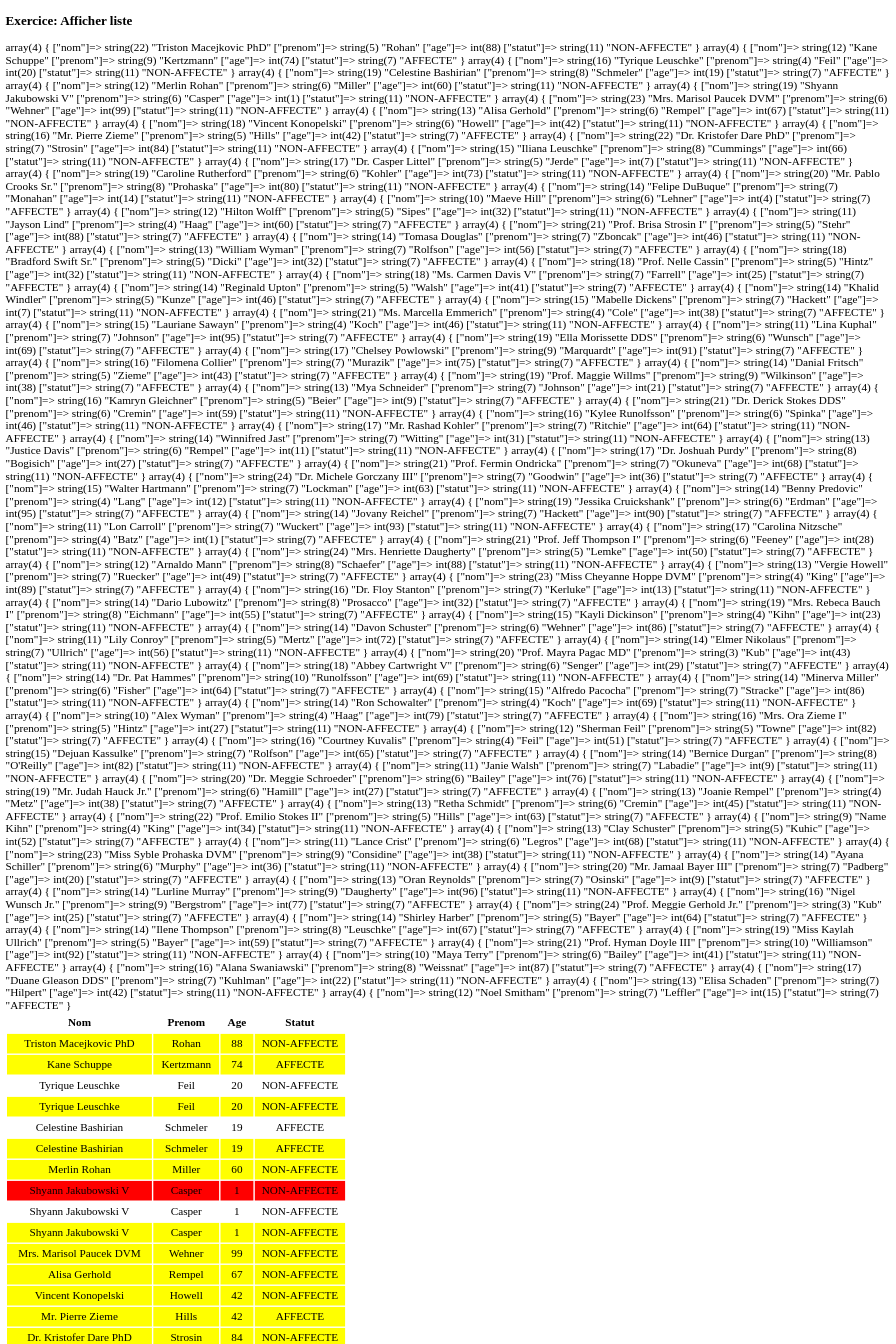
Repository: Bfabien99/PHPREPO
Page: http://localhost/
An editor plug-in stored every save of this project. The page is shown before and after a run of saves, followed by the edit.
The browser window is 1280 px wide. The pictures show the part of the page from y = 0 to 1920 px (the page is 5415 px tall before and 720 px after), at 70% of full size.
The page is run by PHP 8.4 with error messages shown; the project is at /var/www/html/.

Above is the page before, as saved 2021-12-10 10:48:47.

After the next 2 saves:
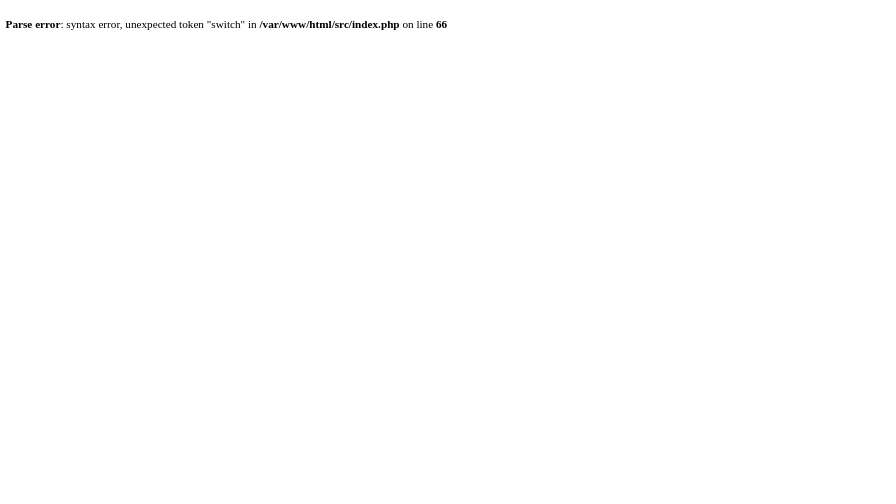
The 2 saves are shown as one change because they came seconds apart.
The last was saved 8 s later.
--- a/MakeFakeData/src/index.php
+++ b/MakeFakeData/src/index.php
@@ -62,7 +62,7 @@
             // echo"</tr>";
             // }
 			var_dump($value);
-
+			$age = $value
             switch ($value["age"]) {
                 case $value["age"]>0 && $value["age"]<18:
                     echo '<tr><td class="red">'.$value["nom"].'</td>

After the 2 saves that followed:
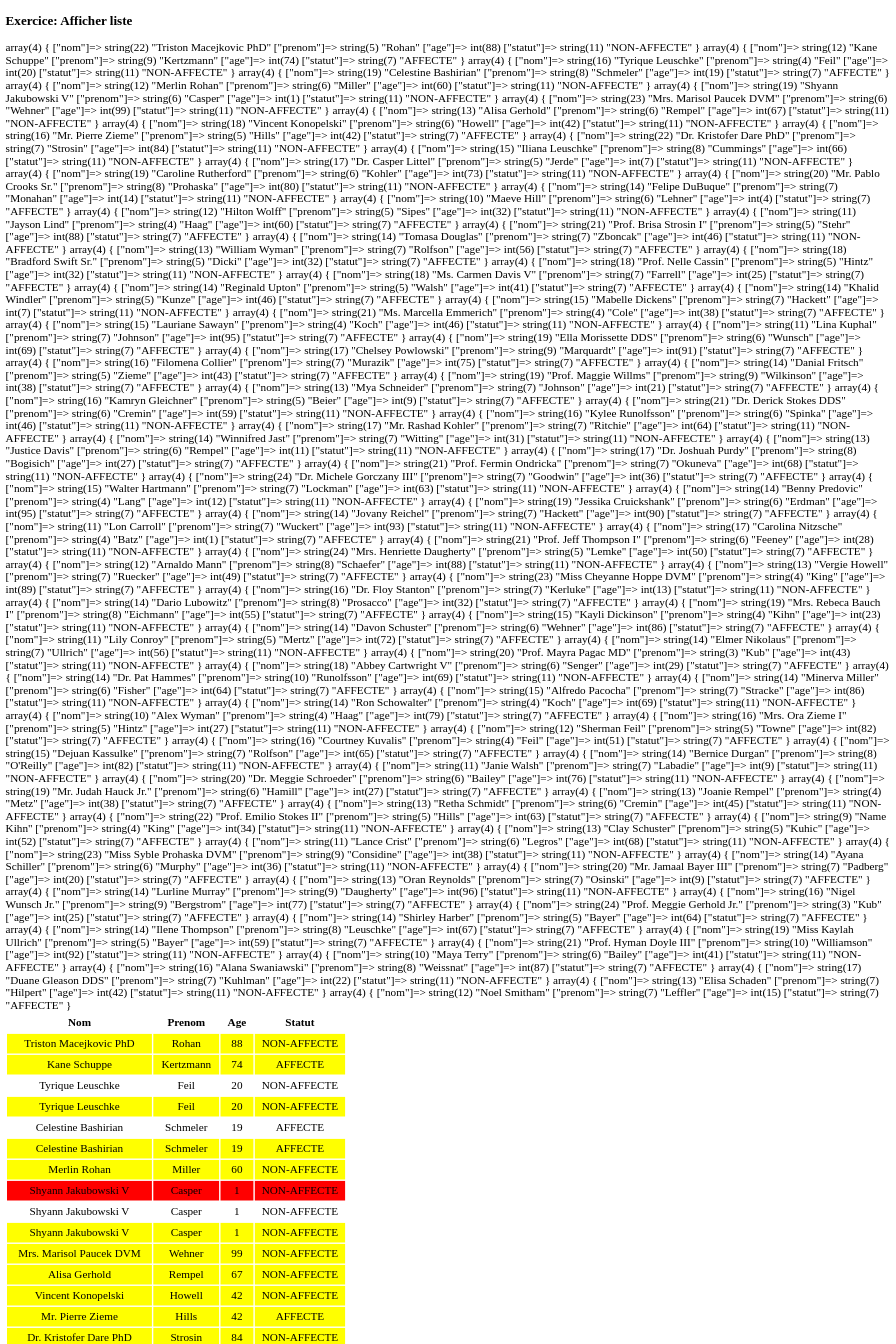
The 2 saves are shown as one change because they came seconds apart.
The last was saved 5 s later.
--- a/MakeFakeData/src/index.php
+++ b/MakeFakeData/src/index.php
@@ -62,7 +62,7 @@
             // echo"</tr>";
             // }
 			var_dump($value);
-			$age = $value
+			$age = $value["age"];
             switch ($value["age"]) {
                 case $value["age"]>0 && $value["age"]<18:
                     echo '<tr><td class="red">'.$value["nom"].'</td>
